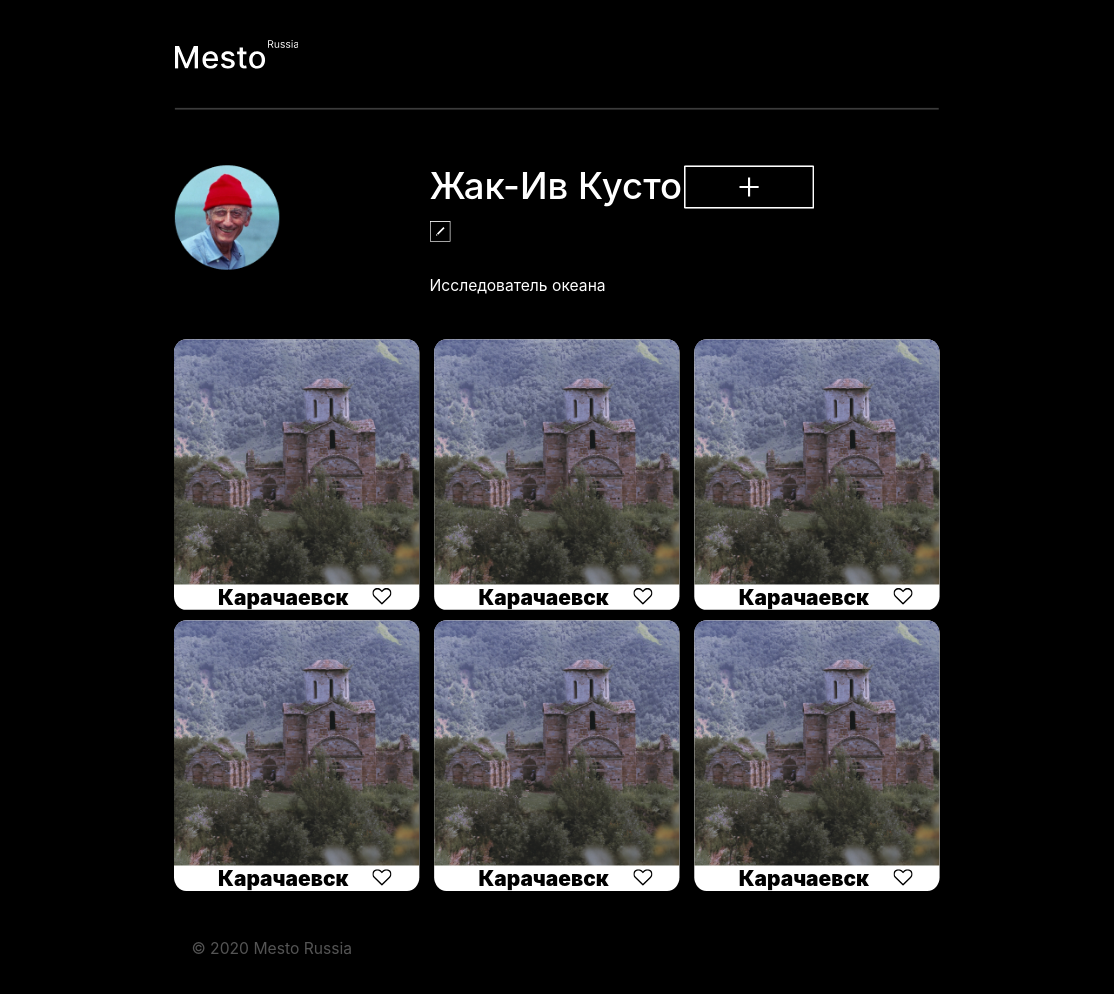
Repository: Ivan2399/mesto-project
Page: index.html
An editor plug-in stored every save of this project. The page is shown before and after the next save, followed by the edit.
The browser window is 1280 px wide. The pictures show the whole page, at 87% of full size.

Above is the page before, as saved 2021-11-16 18:31:46.

After the next save:
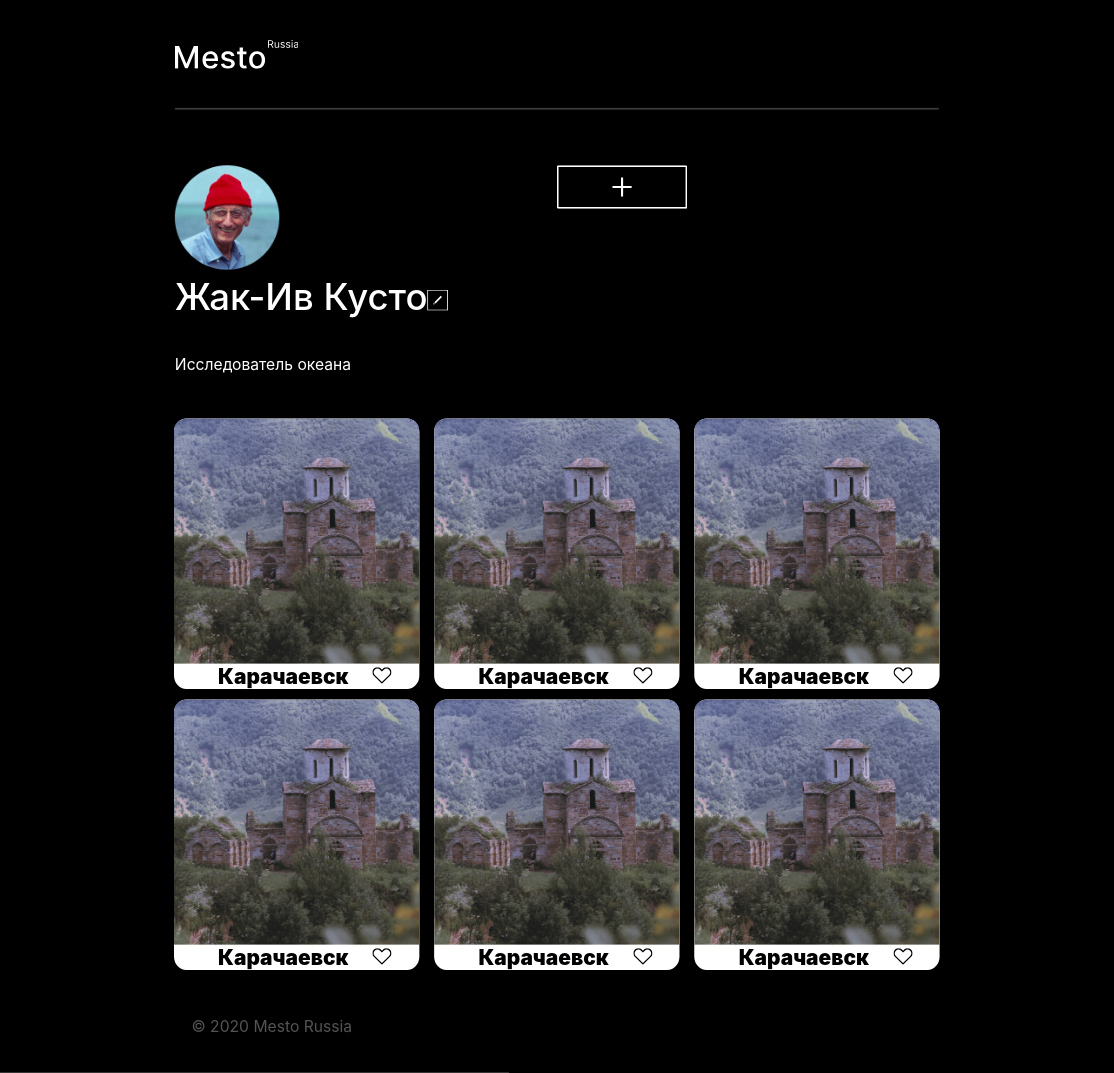
Saved 65 s later.
--- a/index.html
+++ b/index.html
@@ -19,8 +19,9 @@
         </header>
         <main class="content">
             <section class="profile profile__container_mobile">
-                <div class="profile__avatar" alt="Аватарка"></div>
+
                 <div class="profile__container">
+                    <div class="profile__avatar" alt="Аватарка"></div>
                     <h2 class="profile__nickname">Жак-Ив Кусто<button class="profile__buttons_type_editig"></button>
                     </h2>
                     <p class="profile__hobbyname">Исследователь океана</p>
